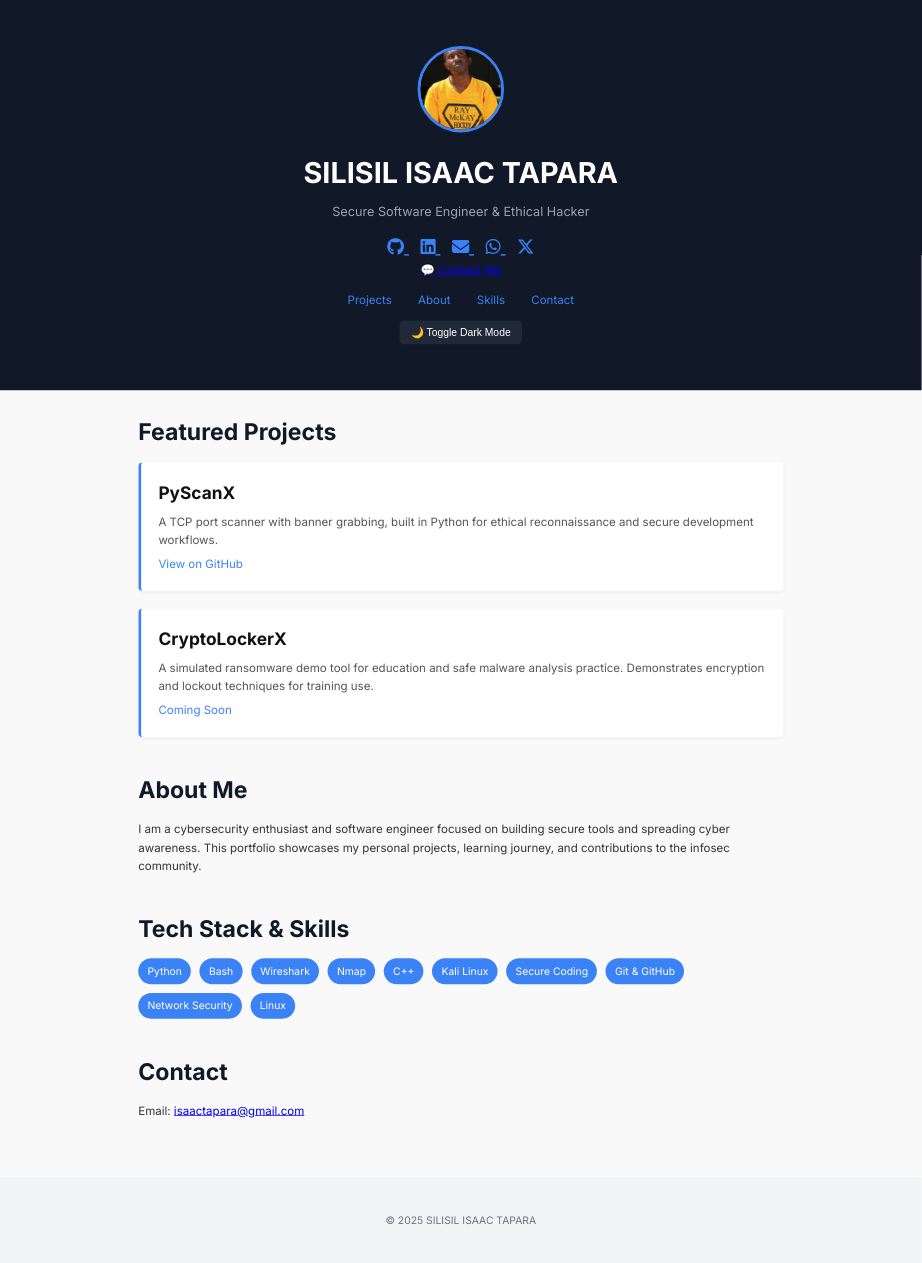
Repository: isaactapara/isaactapara.github.io
Page: index.html
An editor plug-in stored every save of this project. The page is shown before and after the next save, followed by the edit.
The browser window is 1280 px wide. The pictures show the whole page, at 72% of full size.
Some web libraries are served in a nearby version.

Above is the page before, as saved 2025-07-17 10:50:13.

After the next save:
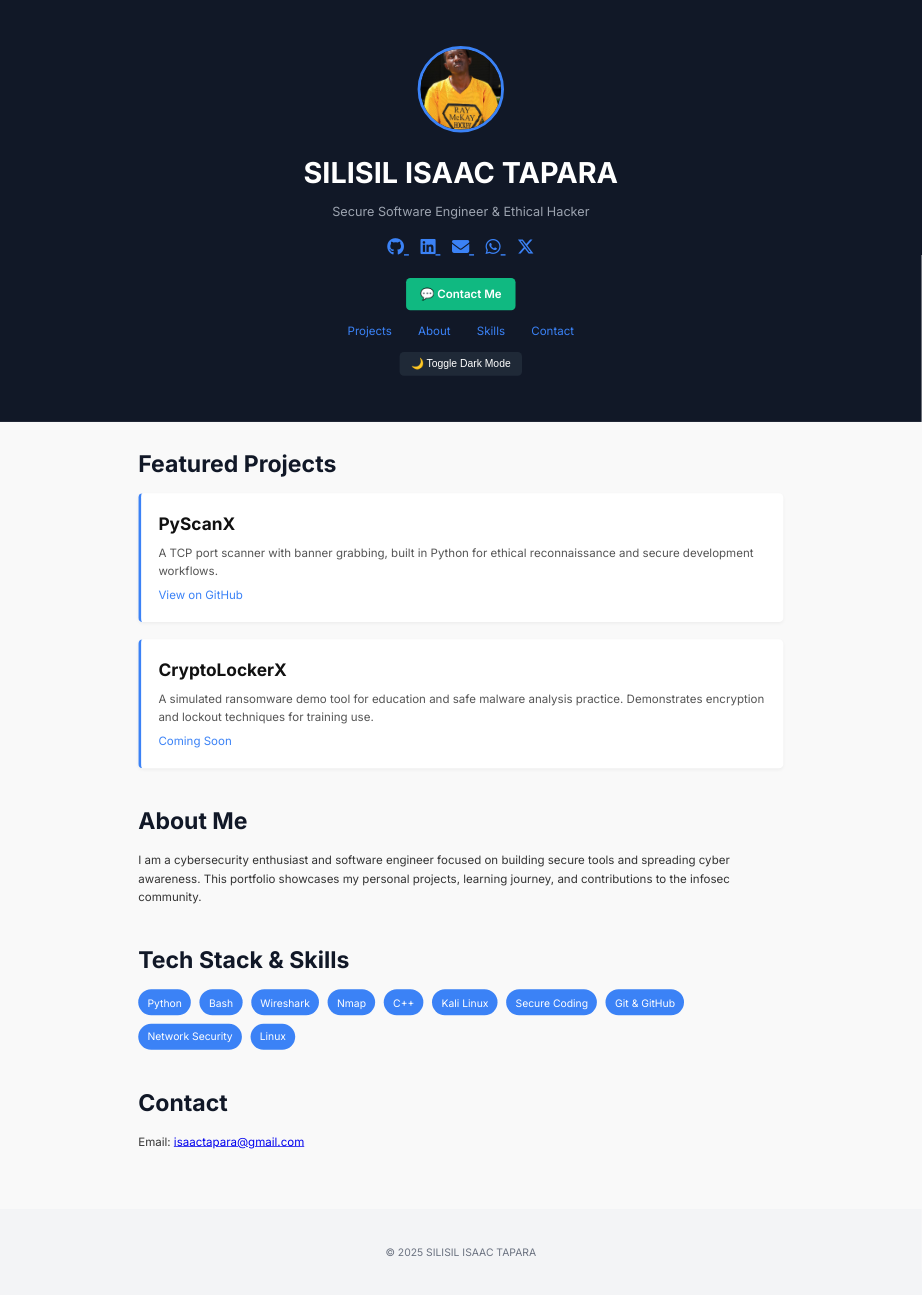
Saved 31 s later.
--- a/style.css
+++ b/style.css
@@ -193,3 +193,22 @@ footer {
     font-size: 1.2rem;
   }
 }
+.contact-button {
+  margin-top: 1.5rem;
+}
+
+.contact-button .btn {
+  display: inline-block;
+  background-color: #10b981;
+  color: white;
+  padding: 0.6rem 1.2rem;
+  font-size: 1rem;
+  border-radius: 6px;
+  text-decoration: none;
+  font-weight: 600;
+  transition: background-color 0.3s ease;
+}
+
+.contact-button .btn:hover {
+  background-color: #059669;
+}
